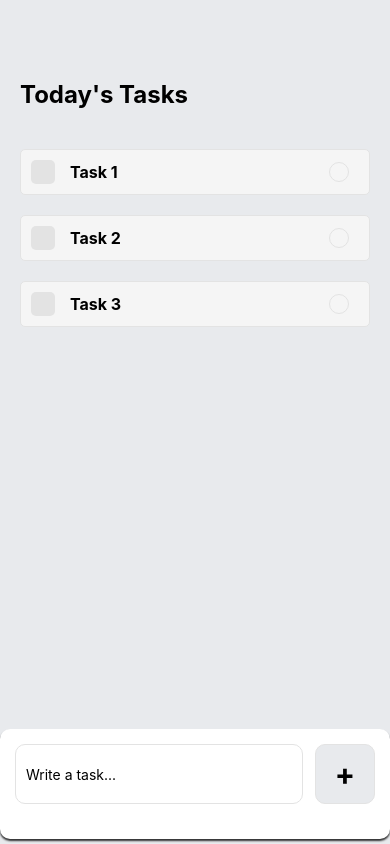
Repository: lomelo-x/ToDo-App
Screen: /
An editor plug-in stored every save of this project. The screen is shown before and after the next save, followed by the edit.
The app was drawn by React Native's web renderer in a window 390 px wide. The project was rebuilt for these pictures with package versions that can differ from the ones it lists, and the page was loaded fresh each time.

Above is the screen before, as saved 2022-06-17 21:34:22.

### App.js
import { StatusBar } from 'expo-status-bar';
import { StyleSheet, Text, View, KeyboardAvoidingView, Platform, TextInput, TouchableOpacity } from 'react-native';
import Task from './components/Task';

export default function App() {
	return (
		<View style={styles.container}>
			<View style={styles.todoContainer}>
				<Text style={styles.sectionTitle}>Today's Tasks</Text>
				<View style={styles.itemsContainer}>
					<Task text={'Task 1'} />
					<Task text={'Task 2'}/>
					<Task text={'Task 3'}/>
				</View>
			</View>
			<KeyboardAvoidingView
			behavior={Platform.OS === 'ios' ? 'padding' : "height" }
			style={styles.writeTaskContainer}>
				<TextInput style={styles.writeTaskInput} placeholder="Write a task..." />
				<TouchableOpacity>
					<View style={styles.addTaskButton}>
						<Text style={styles.addTaskButtonText}>+</Text>
					</View>
				</TouchableOpacity>
			</KeyboardAvoidingView>
		</View>
	);
}

const styles = StyleSheet.create({
	container: {
		flex: 1,
		backgroundColor: '#E8EAED',
	},
	todoContainer: {
		paddingTop: 80,
		paddingHorizontal: 20,
	},
	sectionTitle: {
		fontSize: 24,
		fontWeight: 'bold',
		marginBottom: 20,
	},
	itemsContainer: {
		marginTop: 20,
	},
	writeTaskContainer: {
		position: 'absolute',
		bottom: 5,
		width: '100%',
		flexDirection: 'row',
		alignItems: 'center',
		justifyContent: 'space-between',
		paddingHorizontal: 15,
		paddingVertical: 15,
		backgroundColor: '#fff',
		borderRadius: 10,
		shadowColor: '#000',
		shadowOffset: { width: 0, height: 2 },
		shadowOpacity: 0.8,
		shadowRadius: 2,
		elevation: 1,
		marginTop: 20,
	},
writeTaskInput: {
		borderWidth: 1,
		borderColor: '#e3e3e3',
		borderRadius: 10,
		padding: 10,
		marginBottom: 20,
		width: '80%',
		height: 60,
	},
addTaskButton: {
		backgroundColor: '#E8EAED',
		borderRadius: 10,
		borderWidth: 1,
		borderColor: '#e3e3e3',
		marginBottom: 20,
		width: 60,
		height: 60,
		alignItems: 'center',
		justifyContent: 'center',
	},
addTaskButtonText: {
		fontSize: 30,
		textAlign: 'center',
		fontWeight: 'bold',
	},
});

### components/Task.js
import React from 'react';
import { View, Text, StyleSheet, TouchableOpacity } from 'react-native';

const Task = ({ text }) => {
	return (
		<View style={styles.taskContainer}>
			<View style={styles.taskLeft}>
				<TouchableOpacity style={styles.square}></TouchableOpacity>
				<Text style={styles.taskText}>{text}</Text>
			</View>
			<View style={styles.taskRight}></View>
		</View>
	);
};

const styles = StyleSheet.create({
	taskContainer: {
		backgroundColor: '#f5f5f5',
		padding: 10,
		marginBottom: 10,
		borderRadius: 5,
		borderWidth: 1,
		borderColor: '#e3e3e3',
		flexDirection: 'row',
		alignItems: 'center',
		justifyContent: 'space-between',
		marginBottom: 20,
	},
	taskText: {
		fontSize: 16,
		fontWeight: 'bold',
	},
	taskLeft: {
		flexDirection: 'row',
		alignItems: 'center',
		flexWrap: 'wrap',
		maxWidth: '80%',
	},
	taskRight: {
		width: 20,
		height: 20,
		borderRadius: 50,
		borderColor: '#e3e3e3',
		borderWidth: 1,
		marginRight: 10,
	},
	square: {
		width: 24,
		height: 24,
		backgroundColor: '#e3e3e3',
		borderRadius: 5,
		marginRight: 15,
	},
});

export default Task;

After the next save:
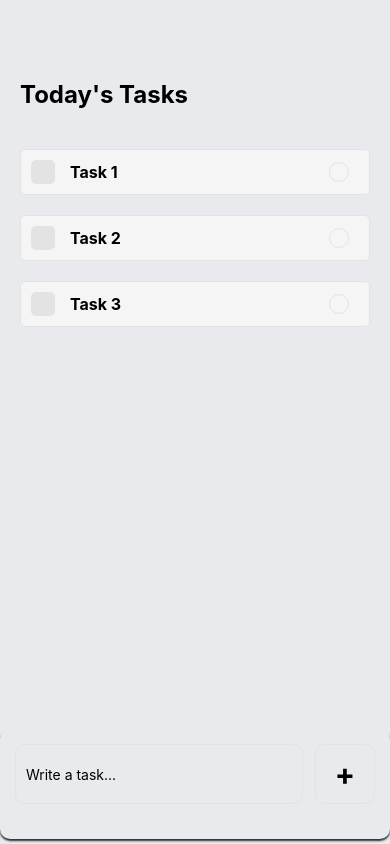
Saved 17 s later.
--- a/App.js
+++ b/App.js
@@ -53,7 +53,6 @@
 		justifyContent: 'space-between',
 		paddingHorizontal: 15,
 		paddingVertical: 15,
-		backgroundColor: '#fff',
 		borderRadius: 10,
 		shadowColor: '#000',
 		shadowOffset: { width: 0, height: 2 },

After the 2 saves that followed:
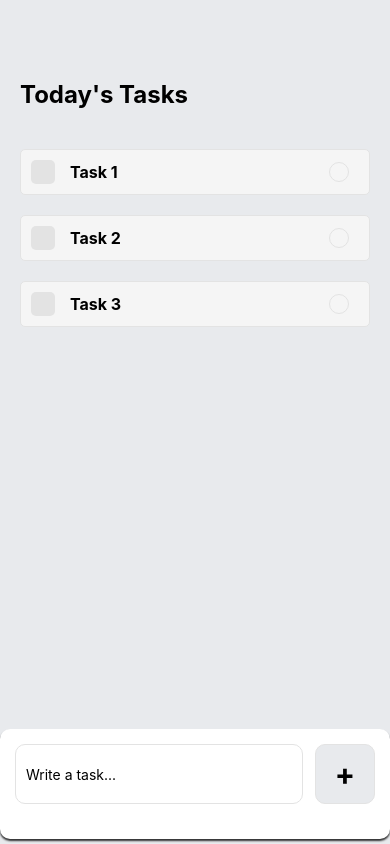
The 2 saves are shown as one change because they came seconds apart.
The last was saved 8 s later.
--- a/App.js
+++ b/App.js
@@ -53,6 +53,7 @@
 		justifyContent: 'space-between',
 		paddingHorizontal: 15,
 		paddingVertical: 15,
+		backgroundColor: '#fff',
 		borderRadius: 10,
 		shadowColor: '#000',
 		shadowOffset: { width: 0, height: 2 },
